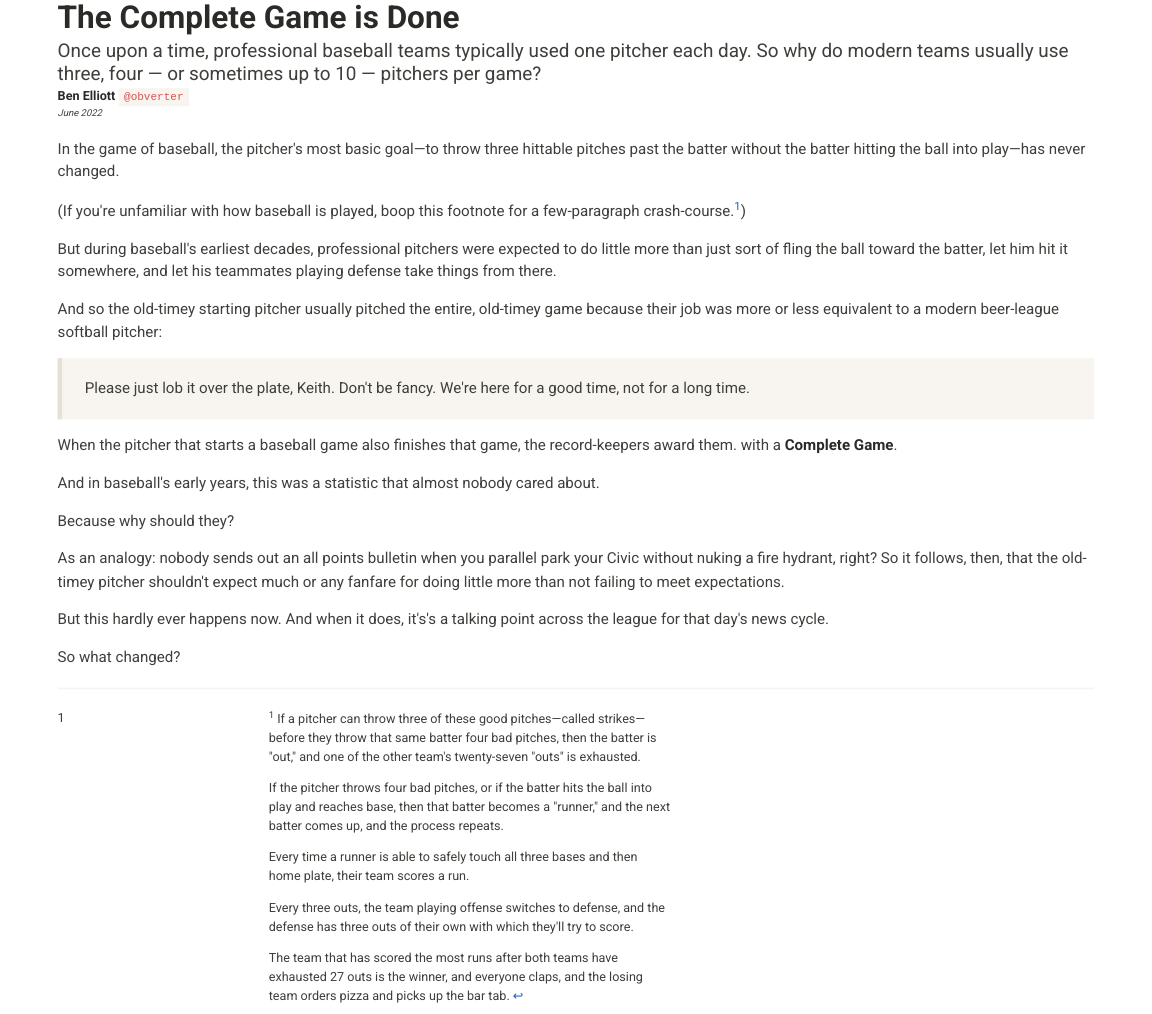
Repository: obverter/complete-games-are-done
Page: index.html
An editor plug-in stored every save of this project. The page is shown before and after the next save, followed by the edit.
The browser window is 1280 px wide. The pictures show the whole page, at 90% of full size.

Above is the page before, as saved 2022-06-25 08:04:33.

After the next save:
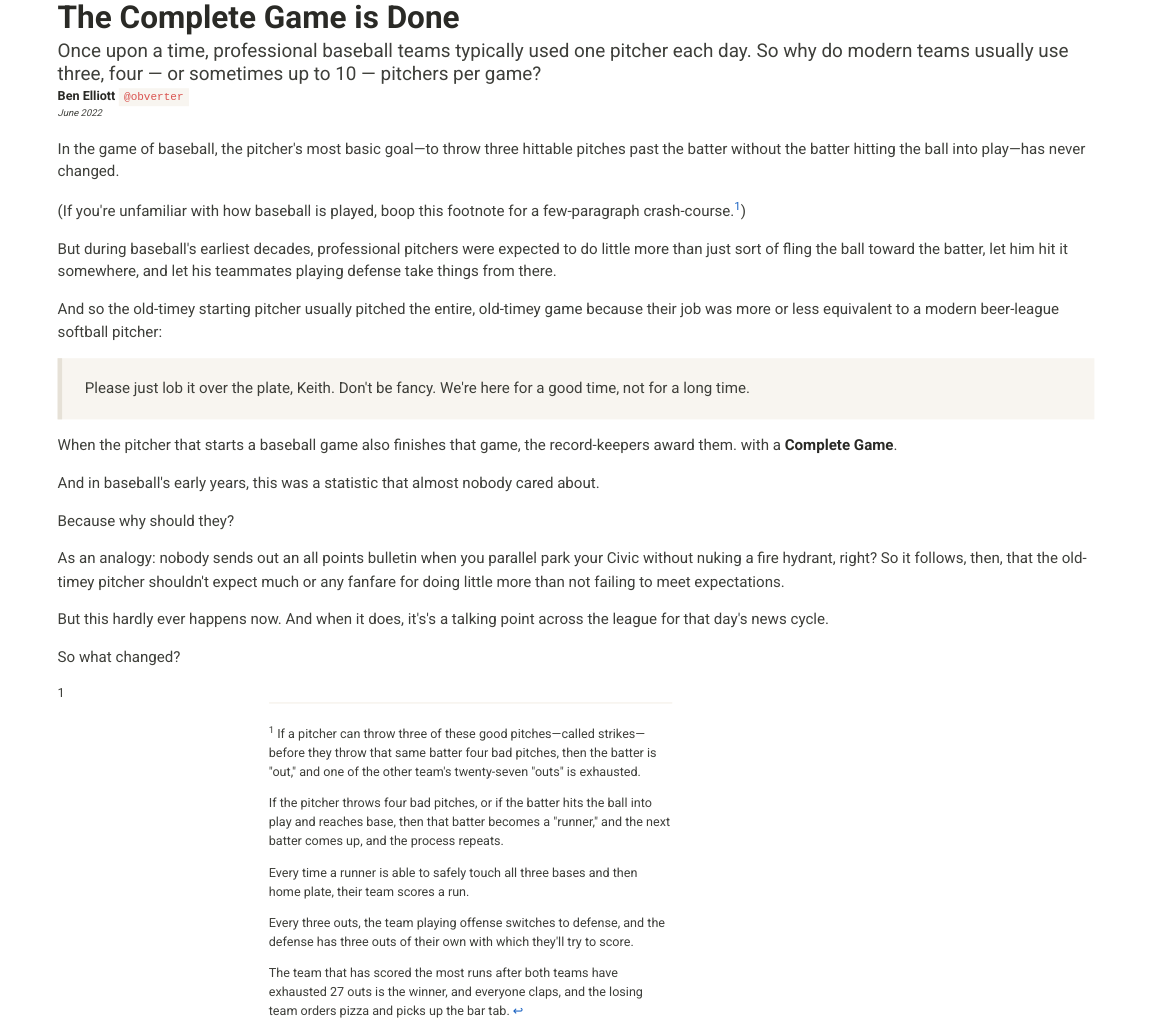
Saved 30 s later.
--- a/index.html
+++ b/index.html
@@ -71,13 +71,13 @@
                     talking point across the league for that day's news cycle.
                 </p>
                 <p>So what changed?</p>
-                <hr />
                 <!-- todo: FOOTNOTES -->
 
                 <div class="columns is-size-6 is-justify-content-right">
                     <div class="column is-one-fifth">1</div>
                     <!-- todo: ↘ FOOTNOTES GO HERE ↙ -->
                     <div class="column is-two-fifths">
+                        <hr />
                         <p>
                             <sup>1</sup> If a pitcher can throw three of these
                             good pitches—called strikes—before they throw that
